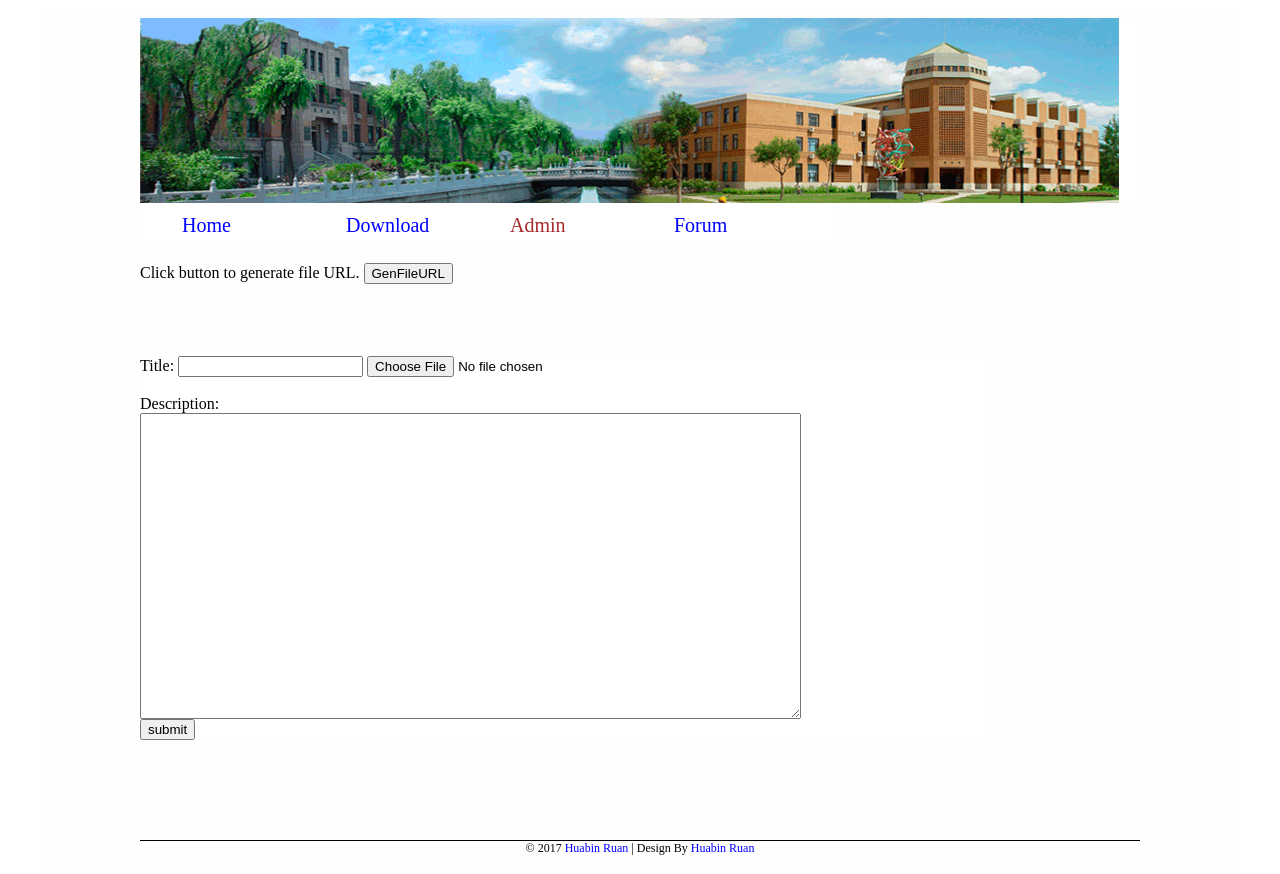
Repository: ruanhuabin/LifeSoftwareWebSite
Page: http://localhost/CryoEM/admin.jsp
These files come from the project's save history. The page is drawn as it stood at one moment and after the next save; the edit follows.
The browser window is 1280 px wide. The pictures show the whole page.
The page is served by Tomcat 9. Nobody is signed in. The application's start-up code is not run. Other server files are loaded and not shown.

Above is the page before, as saved 2017-08-11 06:20:50.

### CryoEM/WebRoot/admin.jsp
<%@ page language="java" import="java.util.*" pageEncoding="utf-8"%>
<%@ taglib prefix="s" uri="/struts-tags"%>
<%
String path = request.getContextPath();
String basePath = request.getScheme()+"://"+request.getServerName()+":"+request.getServerPort()+path+"/";
%>


<!DOCTYPE html PUBLIC "-//W3C//DTD XHTML 1.0 Transitional//EN" "http://www.w3.org/TR/xhtml1/DTD/xhtml1-transitional.dtd">
<html xmlns="http://www.w3.org/1999/xhtml">
<head>
<meta http-equiv="Content-Type" content="text/html; charset=utf-8" />

<link href="<%=basePath%>/style.css" rel="stylesheet" type="text/css" />

<style type="text/css">
	/* #header {height:185px; width:100%;background-image: url(../images/banner.png);background-repeat: no-repeat; background-color:white;} */
	#navigation{list-style:none; text-align:left; font-size:20px; background:white; float:left}
	#navigation li{width:160px; height:20px; line-height:0px; float:left; margin:2px; list-style:none;}
	#navigation a{height:100%; display:block; text-decoration:none}
	#navigation .curr{background:url(sub/images/nav_on.png); color:red;} /* 点击后的样式 */
</style>
</head>
<body>



<div id="main-container">

<div id="header">
</div>

<div id="navigation">
	<ul>
		<li><a href="<%=path%>/index.jsp">Home</a></li>
		<li><a href="<%=path%>/user/User_listSoftware.action">Download</a></li>
		<li><a href="<%=path%>/post/Admin_toAdmin.action"> <font color="brown">Admin</font></a></li>
		<li><a href="http://10.10.32.133/thunder/answers/">Forum</a></li>
	</ul>
</div>
<script type="text/javascript">

	function validate()
    {
            var title = document.getElementsByName("title")[0].value;
            var description = document.getElementsByName("description")[0].value;
            var yourFile = document.getElementsByName("yourFile")[0].value;

            if(title == "")
            {
                alert("Title should not be empty!");
                return false;
            }

            if(description == "")
            {
                alert("Description should not be empty!");

                return false;
            }

            if(yourFile == "")
            {
            	alert("Please select a file to upload");
                return false;
            }
            return true;
       }



		var index_plist = {
			obj : document.getElementById("navigation")
					.getElementsByTagName("li"),
			currObj : null,
			init : function() {
				for (i = 0; i < index_plist.obj.length; i++) {
					eval("index_plist.obj[i].getElementsByTagName('a')[0].onclick=function(){this.className='curr';if(index_plist.currObj){index_plist.currObj.className=''}index_plist.currObj=this}");
				}
			}
		};
		index_plist.init();


	function myFunction()
	 {
   		 window.open("<%=basePath%>gen_file_download_url.jsp", "_blank", "toolbar=yes,scrollbars=yes,resizable=yes,top=300,left=400,width=400,height=400");
	}

</script>
<div style="clear:both"></div>


<p>Click button to generate file URL. <button onclick="myFunction()">GenFileURL</button></p>

<br/>
<br/>

<div class="form-div">
	<form action="post/Admin_postSoftware.action"	enctype="multipart/form-data" method="post" style="" title="" id="" class="">
		  Title: <input type="text" name="title"/> <input type="file" name="yourFile" />
		  <br />
		  <br />
		  Description:
		  <br />
		  <textarea rows="20" cols="80" name="description"></textarea>
		  <br/>
		  <input type="submit" value="submit" onclick="return validate()"/>
	</form>
</div>

<div id="footer">&copy; 2017 <a href="mailto:ruanhuabin@tsinghua.edu.cn">Huabin Ruan</a> | Design By <a href="#">Huabin Ruan</a> </div>
</div>


</body>
</html>

### CryoEM/WebRoot/style.css
#header {height:185px; width:100%;background-image: url(images/banner.png);background-repeat: no-repeat; background-color:white;}
body
{
	background-color:white;
	font-family: "Times New Roman",Georgia,Serif
}
#footer {
	width:100%;
	border-top:  #000000 1px solid;
	text-align:center;
	font-size:12px;
	}


.form-div {
    /* border: 1px solid black; */
    margin-top: 20px;
    margin-bottom: 100px;
    margin-right: 150px;
    margin-left: 0px;
    background-color: white;
}

#admin-login-form {

   /*  margin-top: 50px;
    margin-bottom: 100px;
    margin-right: 150px;
    margin-left: 200px;
    background-color: white; */
    align: center

}

#content-div {
   /*  border: 1px solid black; */
    margin-top: 40px;
    margin-bottom: 100px;
    margin-right: 150px;
    margin-left: 0px;
    background-color: white;
}

#main-container {
	width:1000px;
	/* width:80% */
	border: #000000 0px solid;
	margin: 0 auto;
 	background-color:#FEFEFE;
   /*  background-color:white; */

    clear:both;
	/* padding:25px 100px; */
	padding:10px 100px
	}

#leftbar {
	float:left;
	width:800px;
	border-right:1px solid #BCBDBC;
}

#rightbar {
	float:left;
	width:200px;
}

a
{
	text-decoration: none;
	color:blue;
}

a:hover
{
	color:red;
}
a:visited
{
	color: blue;
}

ul {margin-left: 0; padding-left: 40px;}
/* li {margin-left: 0; padding-left: 50px;} */

#navigation{list-style:none; text-align:left; font-size:20px; background:white; float:left}
#navigation li{width:160px; height:20px; line-height:0px; float:left; margin:2px; list-style:none;}
#navigation a{height:100%; display:block; text-decoration:none}
#navigation .curr{background:url(sub/images/nav_on.png); color:red;}

/* ul, li { list-style: none; margin: 0; padding: 0; }
ul { padding-left: 1em; }
li { padding-left: 1em;
  border: 1px dotted black;
  border-width: 0 0 1px 1px;
}
li.container { border-bottom: 0px; }
li.empty { font-style: italic;
  color: silver;
  border-color: silver;
}
li p { margin: 0;
  background: white;
  position: relative;
  top: 0.5em;
}
li ul {
  border-top: 1px dotted black;
  margin-left: -1em;
  padding-left: 2em;
}
ul li:last-child ul {
  border-left: 1px solid white;
  margin-left: -17px;
}  */


/* li{
    margin-top: 1px;
    margin:0;
    border:1px solid red;
}

li:first-child {
    margin-top:0;
} */

After the next save:
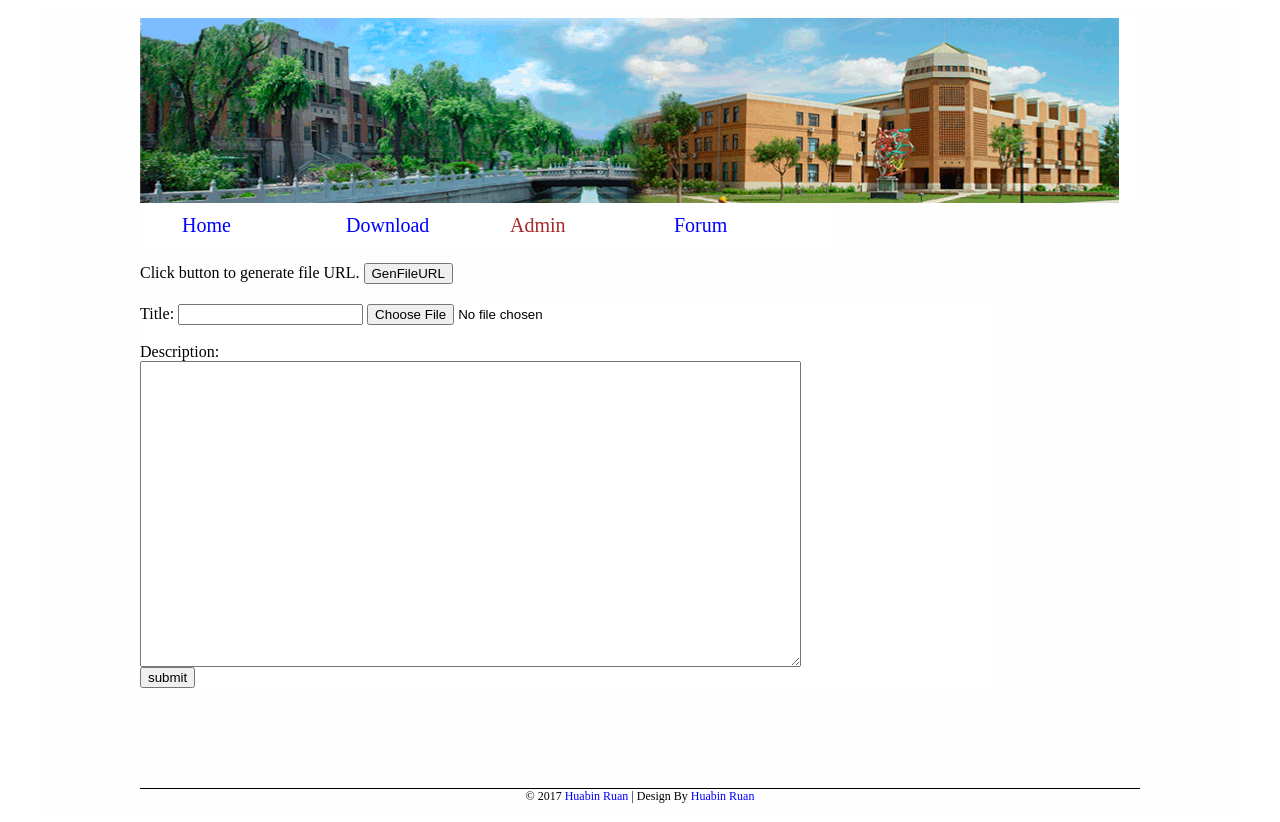
Saved 13 s later.
--- a/CryoEM/WebRoot/admin.jsp
+++ b/CryoEM/WebRoot/admin.jsp
@@ -93,8 +93,7 @@ String basePath = request.getScheme()+"://"+request.getServerName()+":"+request.
 
 <p>Click button to generate file URL. <button onclick="myFunction()">GenFileURL</button></p>
 
-<br/>
-<br/>
+
 
 <div class="form-div">
 	<form action="post/Admin_postSoftware.action"	enctype="multipart/form-data" method="post" style="" title="" id="" class="">
